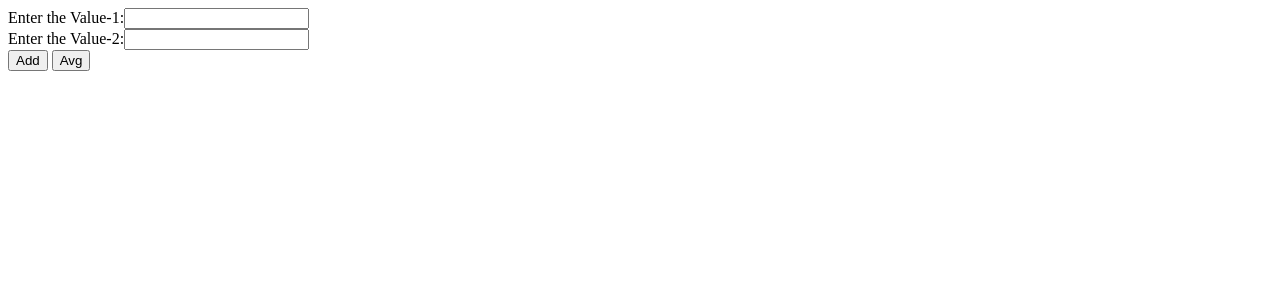
Repository: sudeepnagar/Advanced71
Page: App_servlet_2/src/main/webapp/input.html
The author's editor kept a copy of each file at every save. The page is drawn from the files as they stood at one save, then again after the next save.
The browser window is 1280 px wide. The pictures show the whole page.

Above is the page before, as saved 2025-03-02 15:44:06.

After the next save:
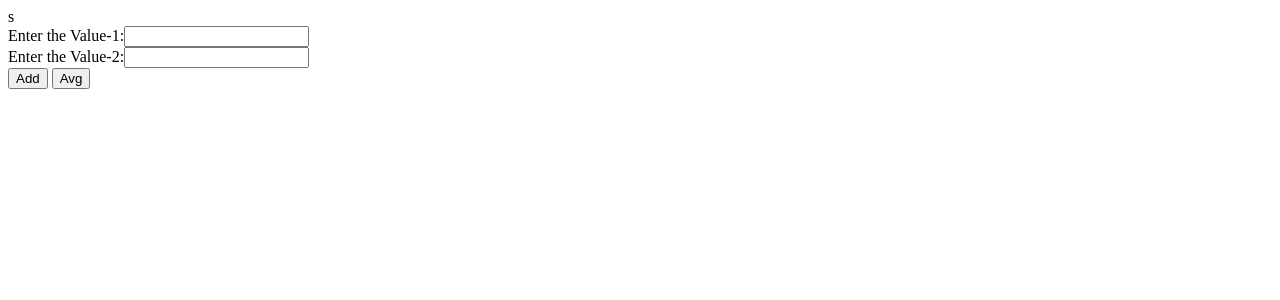
Saved 16 s later.
--- a/App_servlet_2/src/main/webapp/input.html
+++ b/App_servlet_2/src/main/webapp/input.html
@@ -1,4 +1,4 @@
-<!DOCTYPE html>
+<!DOCTYPE html>s
 <html>
 <head>
 <meta charset="UTF-8">

After the save that followed:
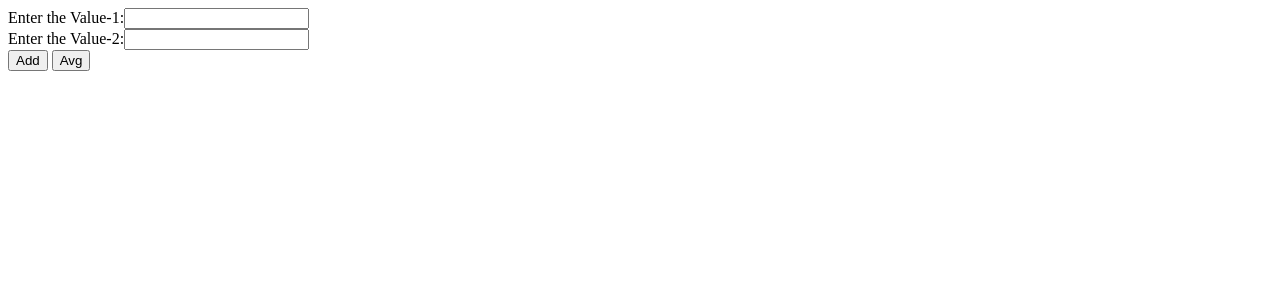
Saved 44 s later.
--- a/App_servlet_2/src/main/webapp/input.html
+++ b/App_servlet_2/src/main/webapp/input.html
@@ -1,4 +1,4 @@
-<!DOCTYPE html>s
+<!DOCTYPE html>
 <html>
 <head>
 <meta charset="UTF-8">
